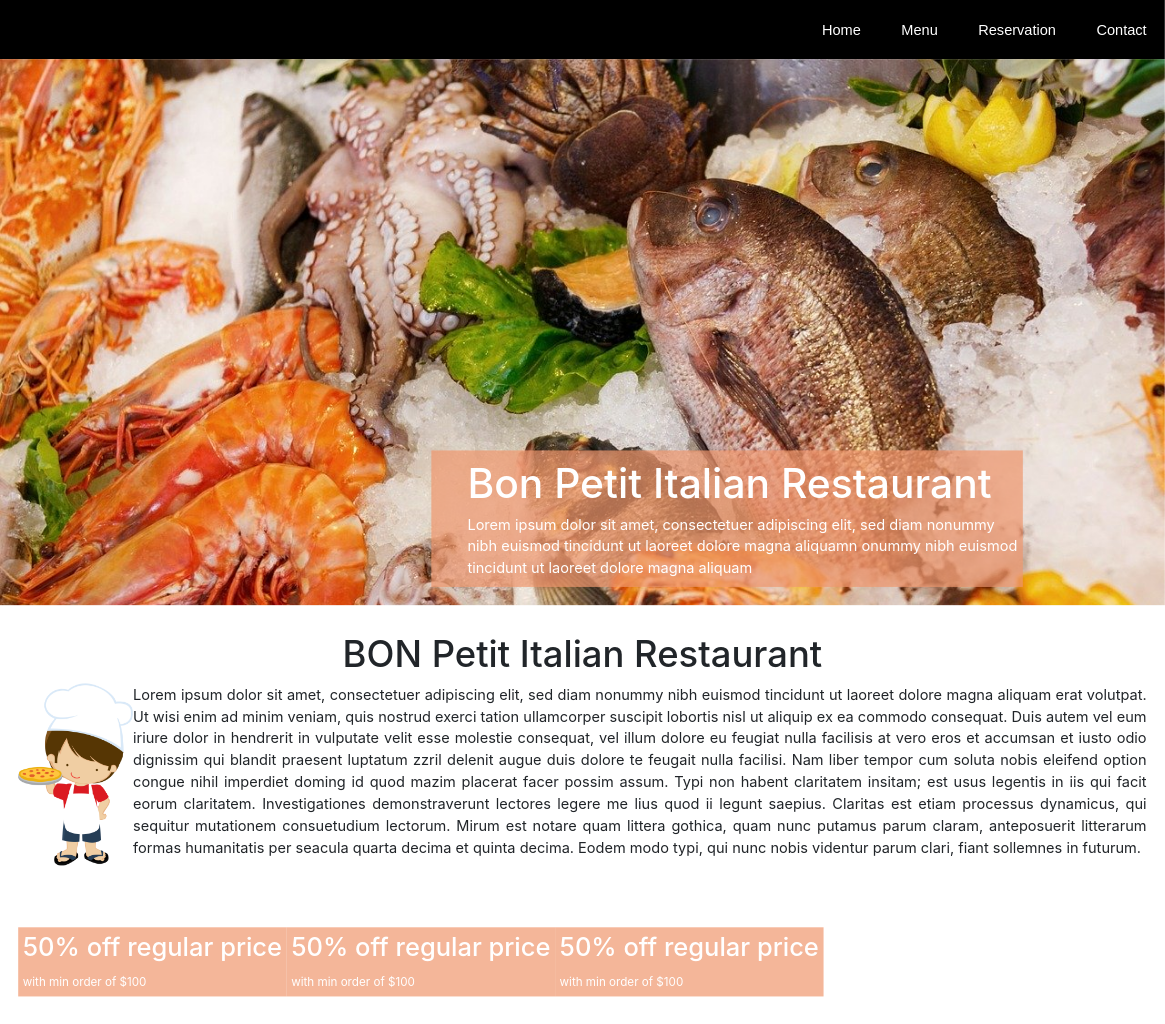
Repository: 4forces/HTML-CSS-LESSON
Page: mock-up-project.html
The author's editor kept a record of every edit. The page is drawn from the files as they stood at one moment, then again after the next edit.
The browser window is 1280 px wide. The pictures show the whole page, at 91% of full size.

Above is the page before.

After the next edit:
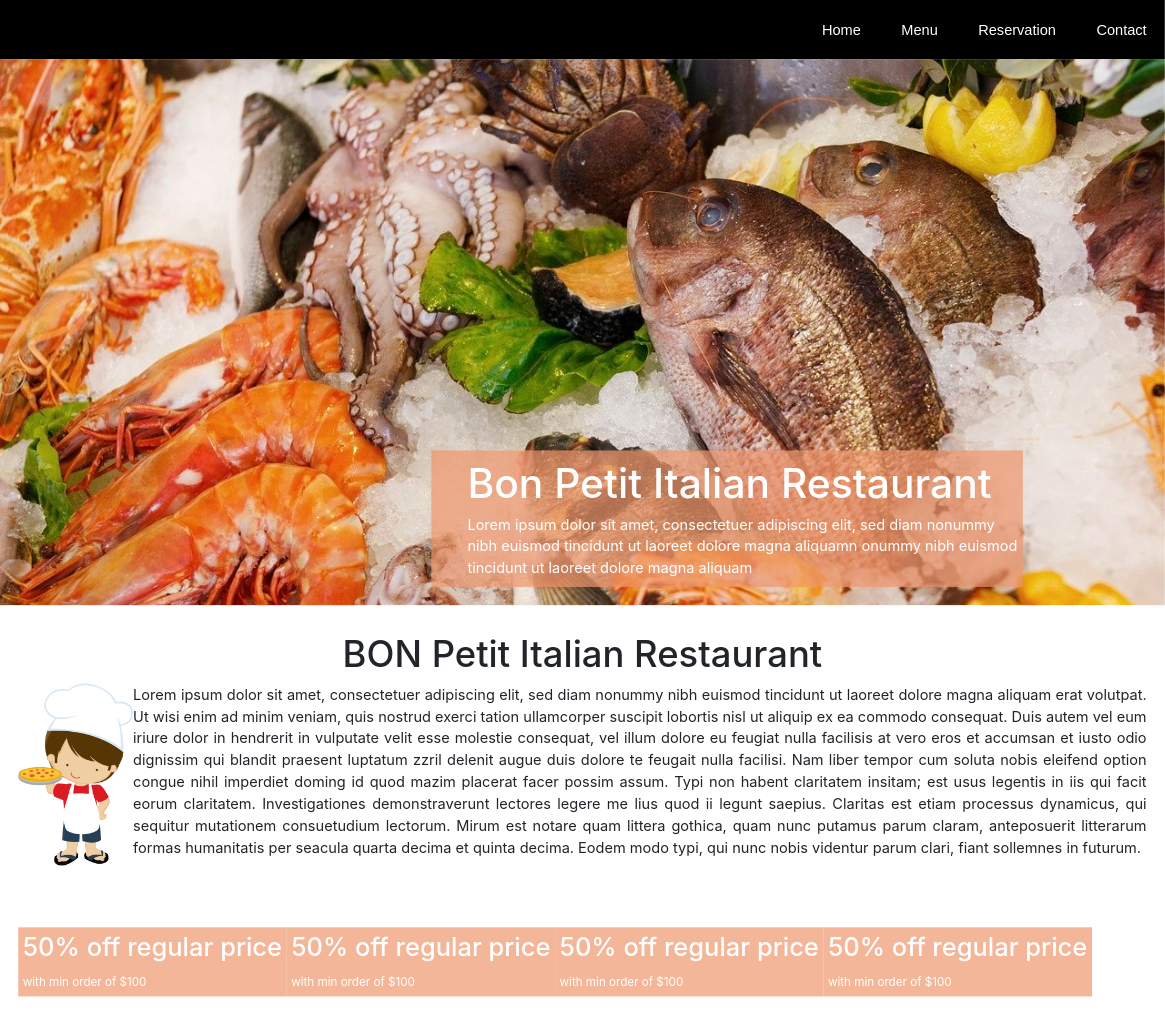
The edit:
--- a/mock-up-project.html
+++ b/mock-up-project.html
@@ -78,7 +78,14 @@
             <div class='promo'>
                 <h3>50% off regular price</h3>
                 <small>with min order of $100</small>
-            </div></div>
+            </div>
+        </div>
+        <div class="promo-frame">
+            <div class='promo'>
+                <h3>50% off regular price</h3>
+                <small>with min order of $100</small>
+            </div>
+        </div>
 
     </div>
     <!--reviews by customer    -->
